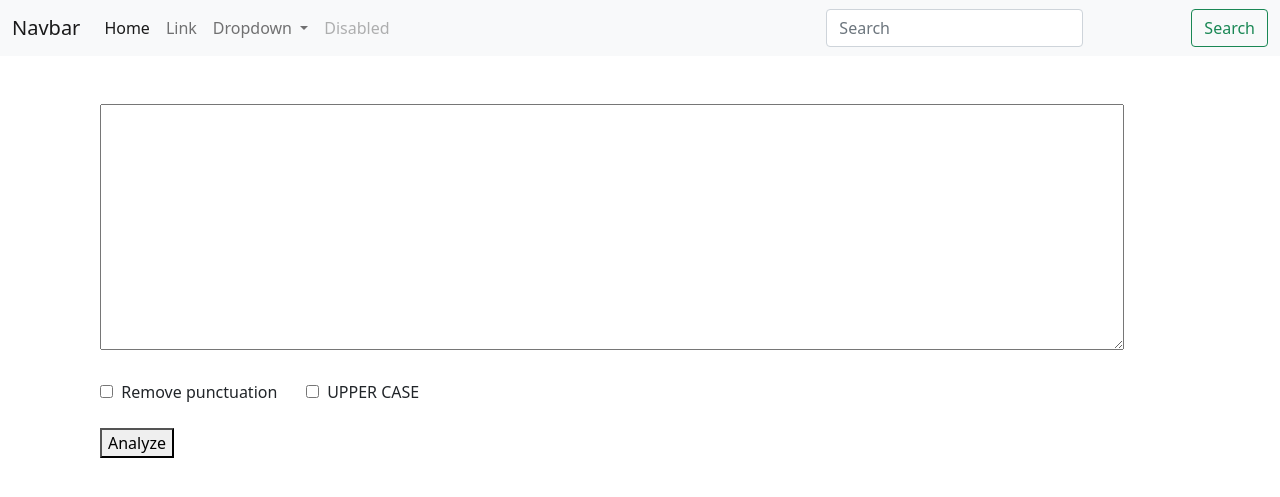
Repository: thenameisshreyank/Textutility
Page: templates/index.html
An editor plug-in stored every save of this project. The page is shown before and after the next save, followed by the edit.
The browser window is 1280 px wide. The pictures show the whole page.

Above is the page before, as saved 2022-04-15 08:56:23.

### templates/index.html
<!DOCTYPE html>
<html lang="en">
<head>
    <meta charset="UTF-8">
    <meta http-equiv="X-UA-Compatible" content="IE=edge">
    <meta name="viewport" content="width=device-width, initial-scale=1.0">
    <!-- CSS only -->
<link href="https://cdn.jsdelivr.net/npm/bootstrap@5.1.3/dist/css/bootstrap.min.css" rel="stylesheet" integrity="sha384-1BmE4kWBq78iYhFldvKuhfTAU6auU8tT94WrHftjDbrCEXSU1oBoqyl2QvZ6jIW3" crossorigin="anonymous">
    <title>Document</title>
    <style>
      #text{
        margin-left: 100px;
        width: 80%;
        margin-right:100px;
      }
      #rf{
        margin-left: 100px;


      }
      button{
        margin-left: 100px;
      }

    </style>
</head>
<body>
    <nav class="navbar navbar-expand-lg navbar-light bg-light">
        <div class="container-fluid">
          <a class="navbar-brand" href="https://getbootstrap.com/">Navbar</a>
          <button class="navbar-toggler" type="button" data-bs-toggle="collapse" data-bs-target="#navbarSupportedContent" aria-controls="navbarSupportedContent" aria-expanded="false" aria-label="Toggle navigation">
            <span class="navbar-toggler-icon"></span>
          </button>
          <div class="collapse navbar-collapse" id="navbarSupportedContent">
            <ul class="navbar-nav me-auto mb-2 mb-lg-0">
              <li class="nav-item">
                <a class="nav-link active" aria-current="page" href="#">Home</a>
              </li>
              <li class="nav-item">
                <a class="nav-link" href="#">Link</a>
              </li>
              <li class="nav-item dropdown">
                <a class="nav-link dropdown-toggle" href="#" id="navbarDropdown" role="button" data-bs-toggle="dropdown" aria-expanded="false">
                  Dropdown
                </a>
                <ul class="dropdown-menu" aria-labelledby="navbarDropdown">
                  <li><a class="dropdown-item" href="#">Action</a></li>
                  <li><a class="dropdown-item" href="#">Another action</a></li>
                  <li><hr class="dropdown-divider"></li>
                  <li><a class="dropdown-item" href="#">Something else here</a></li>
                </ul>
              </li>
              <li class="nav-item">
                <a class="nav-link disabled">Disabled</a>
              </li>
            </ul>
            <form class="d-flex">
              <input class="form-control me-2" type="search" placeholder="Search" aria-label="Search">
              <button class="btn btn-outline-success" type="submit">Search</button>
            </form>
          </div>
        </div>
      </nav><br><br>
      <form action="analyze" method="get">
        <textarea name="text" id="text" cols="30" rows="10"></textarea><br><br>
        <input type="checkbox" id="rf" name="rf" value="true">&nbsp;&nbsp;Remove punctuation&nbsp;&nbsp;&emsp;
        <input type="checkbox" id="upper" name="upper" value="true">&nbsp;&nbsp;UPPER CASE&nbsp;&nbsp;
        <br><br><button type="submit" id="analyze">Analyze</button>
      </form>
</body>
</html>

After the next save:
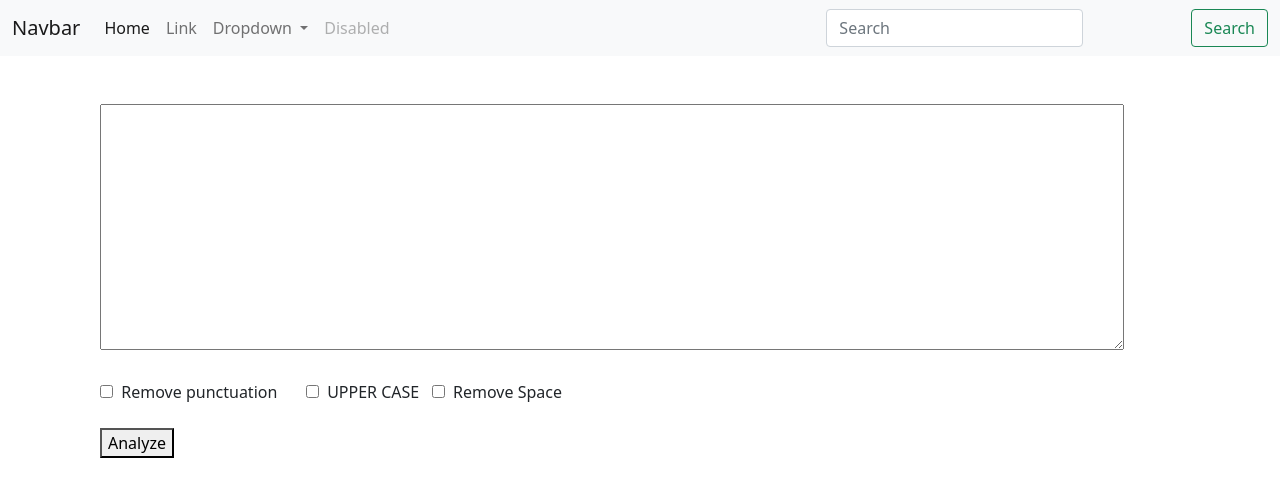
Saved 91 s later.
--- a/templates/index.html
+++ b/templates/index.html
@@ -65,6 +65,7 @@
         <textarea name="text" id="text" cols="30" rows="10"></textarea><br><br>
         <input type="checkbox" id="rf" name="rf" value="true">&nbsp;&nbsp;Remove punctuation&nbsp;&nbsp;&emsp;
         <input type="checkbox" id="upper" name="upper" value="true">&nbsp;&nbsp;UPPER CASE&nbsp;&nbsp;
+        <input type="checkbox" id="space" name="space" value="true">&nbsp;&nbsp;Remove Space&nbsp;&nbsp;
         <br><br><button type="submit" id="analyze">Analyze</button>
       </form>
 </body>
